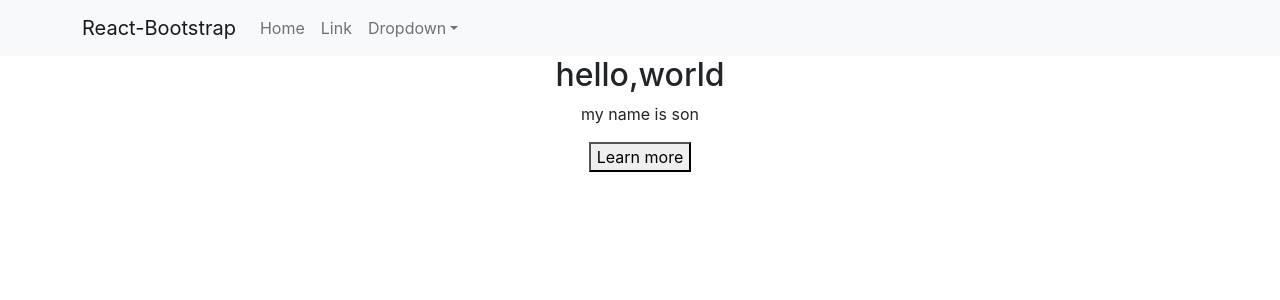
Repository: sonchangdo/mokdong
Page: / (app in shop/)
These files come from the project's save history. The page is drawn as it stood at one moment and after the next save; the edit follows.
The browser window is 1280 px wide. The pictures show the whole page.
The project was rebuilt for these pictures with package versions that can differ from the ones it lists, and the page was loaded fresh each time.

Above is the page before, as saved 2022-01-10 12:23:47.

After the next save:
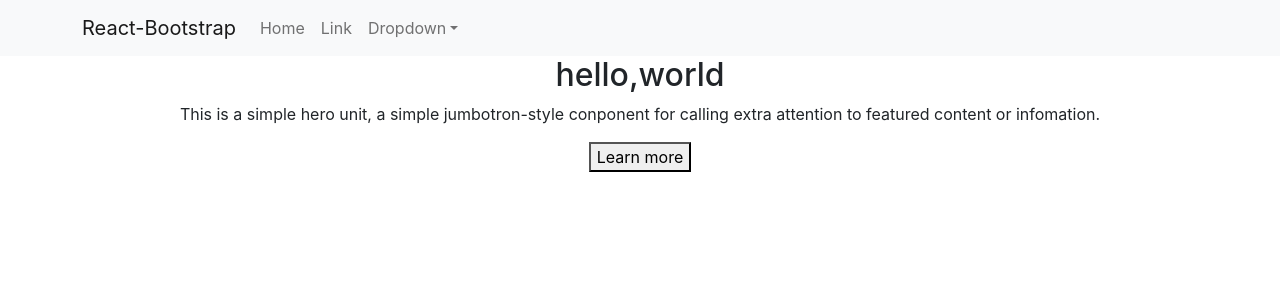
Saved 37 s later.
--- a/shop/src/App.js
+++ b/shop/src/App.js
@@ -27,7 +27,9 @@ function App() {
       </Navbar>
       <div className="jumbotron">
         <h2>hello,world</h2>
-        <p>my name is son</p>
+        <p>This is a simple hero unit, a simple jumbotron-style conponent for calling
+          extra attention to featured content or infomation.
+        </p>
         <p>
           <button variant="primary">Learn more</button>
         </p>
